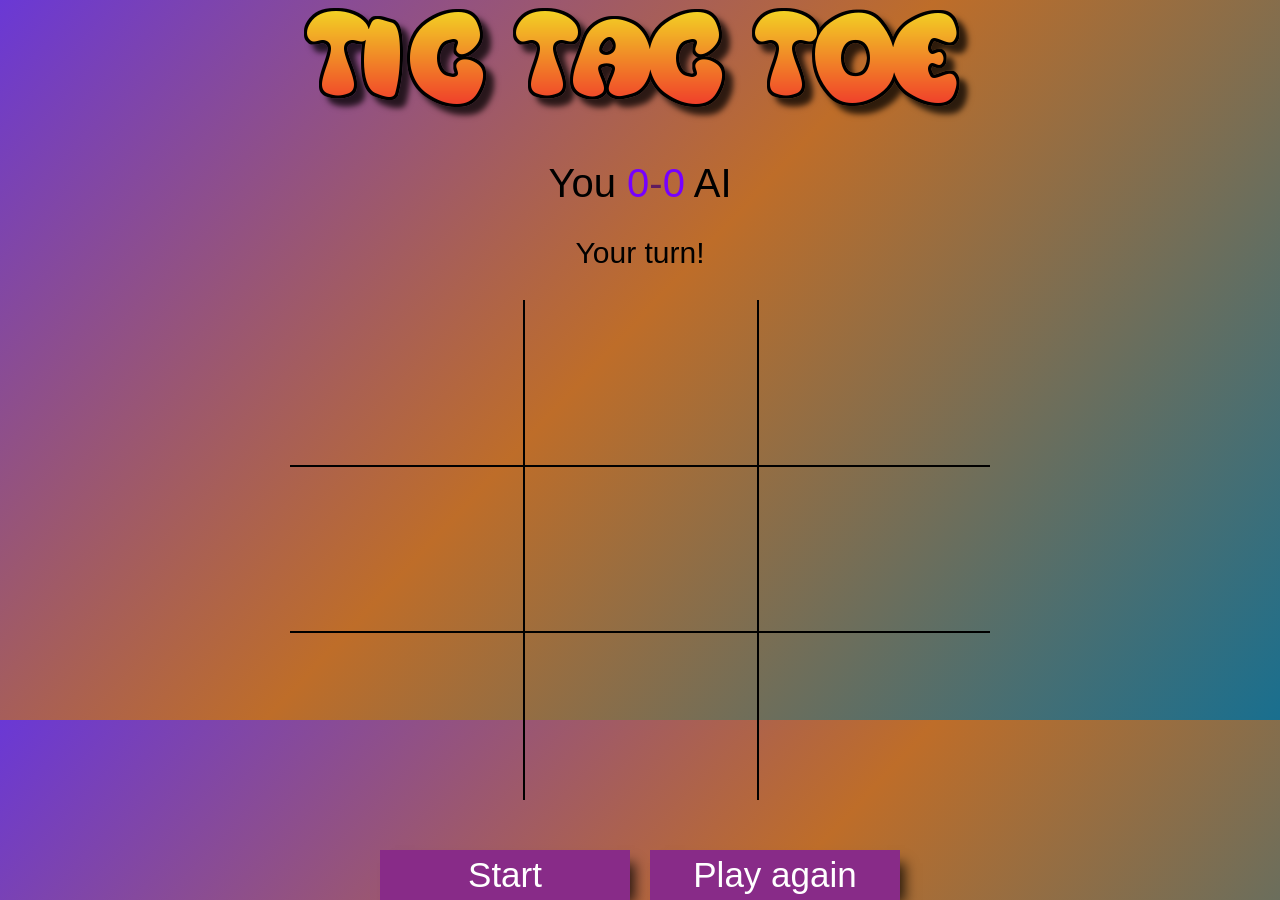
Repository: malx9/Project--5---Tic-Tac-Toe-with-AI
Page: index.html
These files come from the project's save history. The page is drawn as it stood at one moment and after the next save; the edit follows.
The browser window is 1280 px wide. The pictures show the whole page.
Some web fonts or font styles are not loaded; a fallback is used.

Above is the page before, as saved 2023-12-25 18:23:37.

After the next save:
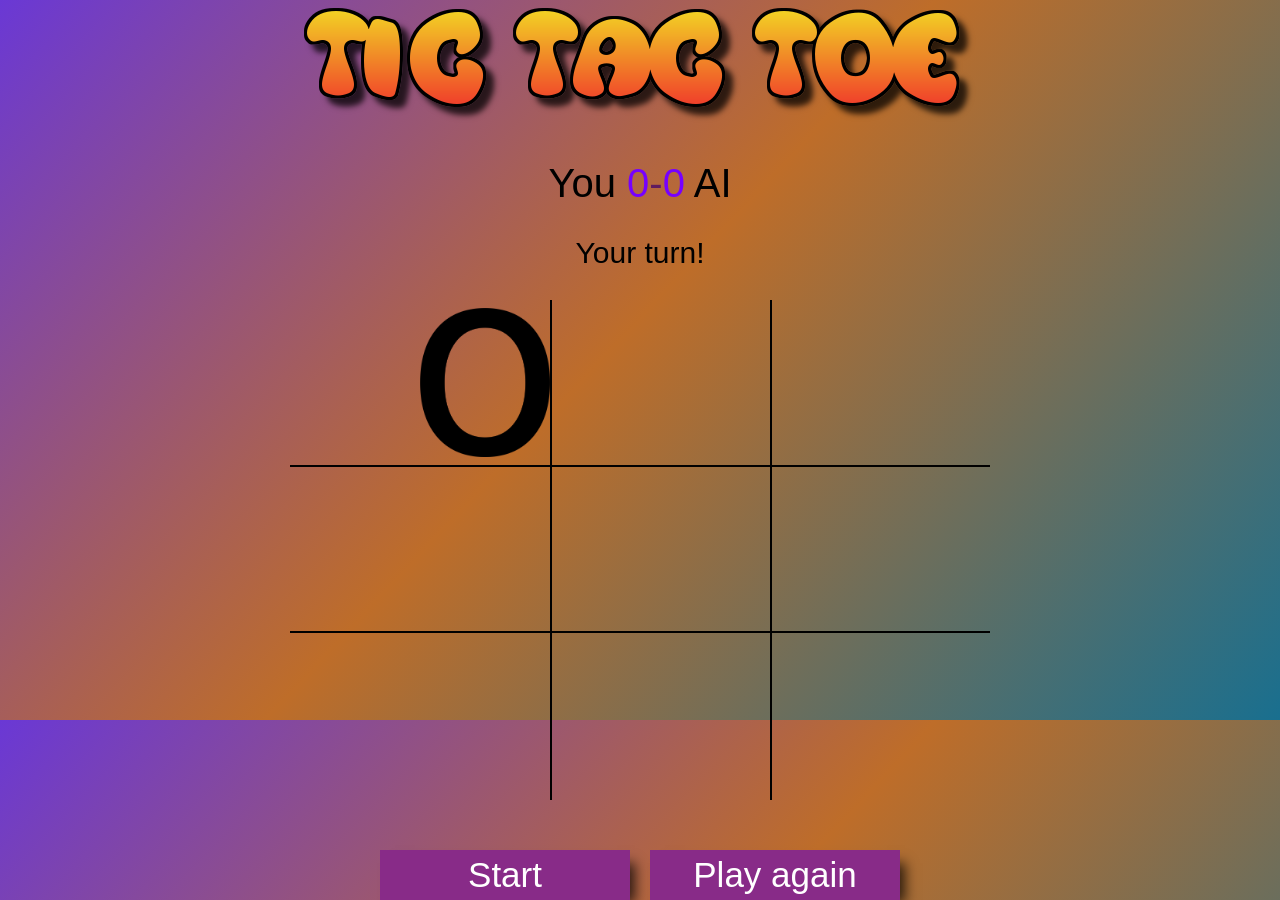
Saved 20 s later.
--- a/index.html
+++ b/index.html
@@ -28,6 +28,7 @@
       <div class="game--board">
         <div class="square square-1">
           <img class="x--shape" src="images/x.png" />
+          <img class="o--shape" src="images/o.png" />
         </div>
         <div class="square square-2"></div>
         <div class="square square-3"></div>
